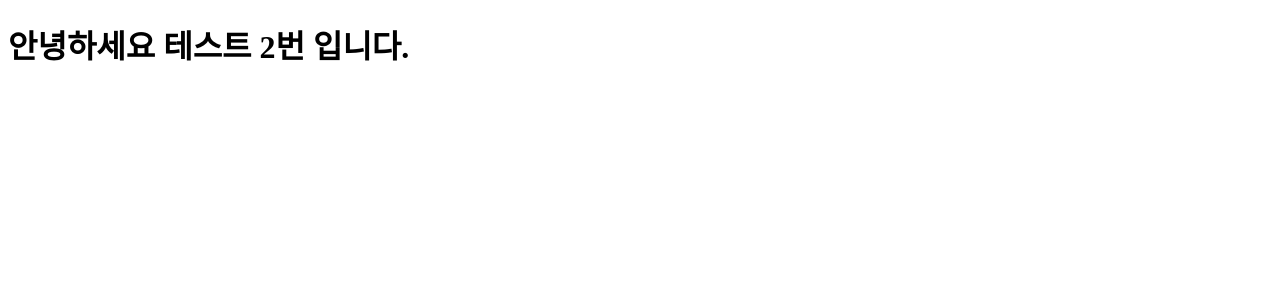
Repository: man332414/myJspStudy
Page: test2/src/main/webapp/index.html
The author's editor kept a copy of each file at every save. The page is drawn from the files as they stood at one save, then again after the next save.
The browser window is 1280 px wide. The pictures show the whole page.

Above is the page before, as saved 2024-10-07 02:25:35.

### test2/src/main/webapp/index.html
<!DOCTYPE html>
<html>
<head>
<meta charset="UTF-8">
<title>Index</title>
</head>
<body>
	<h1>안녕하세요 테스트 2번 입니다.</h1>
</body>
</html>

After the next save:
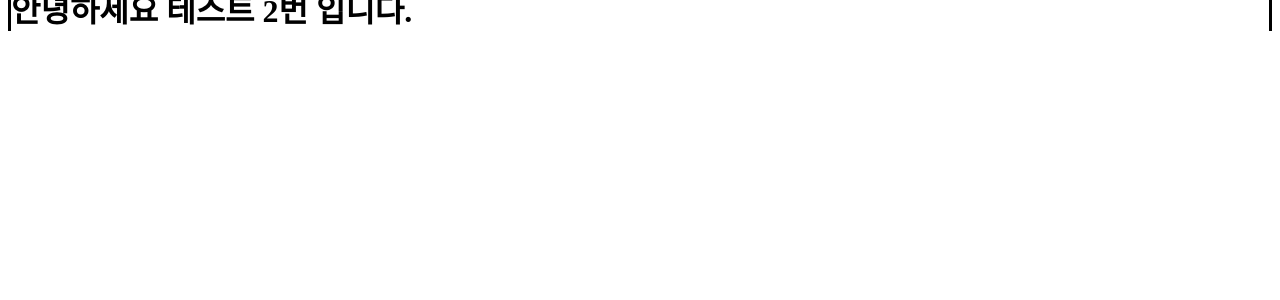
Saved 55 min 2 s later.
--- a/test2/src/main/webapp/index.html
+++ b/test2/src/main/webapp/index.html
@@ -3,6 +3,21 @@
 <head>
 <meta charset="UTF-8">
 <title>Index</title>
+<style>
+	h1
+	{
+		margin : 0 auto;
+		padding : 0;
+		position : relative;
+		top : 50%;
+		left : 50%;
+		transform : translate(-50%, -50%);
+		border : 3px solid black;
+		border-top : gray;
+		border-bottom : gray;
+
+	}
+</style>
 </head>
 <body>
 	<h1>안녕하세요 테스트 2번 입니다.</h1>
